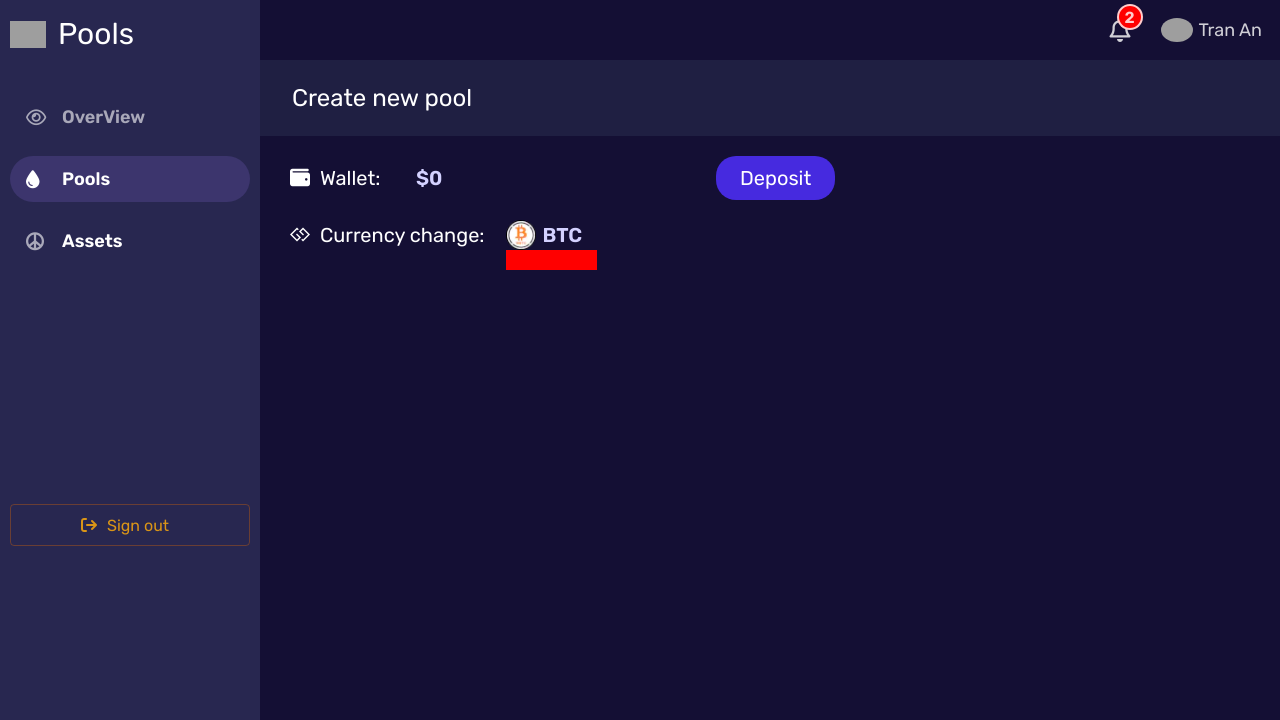
Repository: quynh232000/pools
Page: pool/create-pool.html
The author's editor kept a copy of each file at every save. The page is drawn from the files as they stood at one save, then again after the next save.
The browser window is 1280 px wide. The pictures show the whole page.
Pictures or frames that could not be fetched are drawn as grey boxes.

Above is the page before, as saved 2023-07-14 00:44:27.

### pool/create-pool.html
<!DOCTYPE html>
<html lang="en">
  <head>
    <meta charset="UTF-8" />
    <meta name="viewport" content="width=device-width, initial-scale=1.0" />
    <title>Create Pool</title>

    <link rel="stylesheet" href="../src/css/base.css" />
    <link rel="stylesheet" href="../src/css/style.css" />
    <link rel="stylesheet" href="../src/css/pool.css" />
    <link rel="stylesheet" href="../src/css/create-pool.css" />
    <link
      rel="stylesheet"
      href="https://cdnjs.cloudflare.com/ajax/libs/font-awesome/6.4.0/css/all.min.css"
      integrity="sha512-iecdLmaskl7CVkqkXNQ/ZH/XLlvWZOJyj7Yy7tcenmpD1ypASozpmT/E0iPtmFIB46ZmdtAc9eNBvH0H/ZpiBw=="
      crossorigin="anonymous"
      referrerpolicy="no-referrer"
    />
  </head>
  <body>
    <div class="container">
      <div class="sidebar">
        <div class="sidebar-logo">
          <img src="https://sef-eco.vercel.app/assets/images/logo.png" alt="" />
          <span>Pools</span>
        </div>
        <div class="sidebar-items">
          <div class="sidebar-list">
            <div class="sidebar-item">
              <i class="fa-regular fa-eye"></i>
              <div class="sidebar-item-name">OverView</div>
            </div>
            <div class="sidebar-item sidebar-item-active">
              <i class="fa-solid fa-droplet"></i>
              <a href="/pool.html" class="sidebar-item-name">Pools</a>
            </div>
            <div class="sidebar-item">
              <i class="fa-solid fa-peace"></i>
              <a href="/index.html" class="sidebar-item-name">Assets</a>
            </div>
          </div>

          <div class="sidebar-sign-out">
            <i class="fa-solid fa-arrow-right-from-bracket"></i>
            <div class="sidebar-item-name">Sign out</div>
          </div>
        </div>
      </div>
      <div class="content">
        <div class="header">
          <div class="header-noti">
            <i class="fa-regular fa-bell"></i>
            <div class="header-noti-count">2</div>
          </div>
          <div class="header-user">
            <img
              src="https://static.vecteezy.com/system/resources/previews/002/002/257/original/beautiful-woman-avatar-character-icon-free-vector.jpg"
              alt=""
            />
            <div class="header-user-name">Tran An</div>
          </div>
        </div>
        <!-- body -->
        <div class="content-title">Create new pool</div>
        <div class="create-body">
          <div class="create-item">
            <i class="fa-solid fa-wallet"></i>
            <div class="create-item-title">Wallet:</div>
            <span>$0</span>
            <div class="create-btn">Deposit</div>
          </div>
          <div class="create-item">
            <i class="fa-brands fa-gg"></i>
            <div class="create-item-title">Currency change:</div>
            <div class="create-select-type-money">
              <div class="type-money-item">
                <img src="../src/img/btc.png" alt="" />
                <div class="type-money-name">BTC</div>
              </div>
              <div class="type-money-more">
                <div class="type-money-item">
                  <img src="../src/img/eth.png" alt="" />
                  <div class="type-money-name">ETH</div>
                </div>
                <div class="type-money-item">
                  <img src="../src/img/btc.png" alt="" />
                  <div class="type-money-name">BTC</div>
                </div>
                <div class="type-money-item">
                  <img src="../src/img/eth.png" alt="" />
                  <div class="type-money-name">ETH</div>
                </div>
              </div>
            </div>
          </div>
        </div>
      </div>
    </div>
  </body>
</html>

### src/css/base.css
@import url('https://fonts.googleapis.com/css2?family=Rubik:wght@300;400;500;600;700&display=swap');
 :root{
    --primary-color:#fff;
    --text-color:#fff;
    --text-1-color:rgb(211, 209, 255);
    --bg-color:#140f34;
    --bg-item-color:#282750;

 }
*{
    box-sizing: inherit;
}
html,body{
    box-sizing: border-box;
    margin: 0;
    padding: 0;
    font-family: 'Rubik', sans-serif;
    color: var(--text-color);
}
a{
    color: white;
    text-decoration: none;
}

### src/css/style.css
.container{
    width: 100%;
    min-height: 100vh;
    background-color: var(--bg-color);
    display: flex;
}
.sidebar{
    width: 20%;
    min-width: 260px;
    max-width: 400px;
    display: flex;
    flex-direction: column;
    min-height: 100vh;
    background-color: var(--bg-item-color);
}
.sidebar-logo{
    display: flex;
    width: 100%;
    align-items: center;
    padding: 16px 10px;
}
.sidebar-logo img{
    width: 15%;
}
.sidebar-logo span{
    font-size: 30px;
    color: var(--primary-color);
    margin-left: 12px;

}
.sidebar-items{
    padding: 26px 10px;
    display: flex;
    flex-direction: column;
    justify-content: space-between;
    min-height: 70vh;
}
.sidebar-list{

}
.sidebar-item{
    font-size: 18px;
    display: flex;
    align-items: center;
    padding: 12px 16px;
    border-radius: 40px;
    color: rgb(255 255 255/.6);
    margin-bottom: 16px;
    font-weight: 600;
    transition: color .3s;
}
.sidebar-item:hover{
    cursor: pointer;
    color: rgb(255 255 255/.8);
}
.sidebar-item-active{
    background-color:#3c356d ;
    color: var(--text-color);
}
.sidebar-item i{
    min-width: 36px;
}
.sidebar-sign-out{
    display: flex;
    align-items: center;
    color: rgb(218, 149, 23);
    text-align: center;
    border: 1px solid rgba(202, 98, 12,.4);
    justify-content: center;
    padding-right: 10px;
    border-radius: 4px;
    transition: color border .3s;
}
.sidebar-sign-out:hover{
    cursor: pointer;
    color: rgb(253, 166, 5);
    border: 1px solid rgba(202, 98, 12,.5);
}
.sidebar-sign-out i{
    margin-right: 10px;
    padding: 12px 0;
}

.content{
    width: 85%;
    min-height: 100vh;
    /* background-color: var(--bg-color); */
}
.header{
    display: flex;
    justify-content: flex-end;
    padding: 18px;
    color: rgb(255 255 255/.8);
    align-items: center;
}
.header-user{
    display: flex;
    align-items: center;
    font-size: 18px;

}
.header-user img {
    width: 32px;
    border-radius: 50%;
    margin-right: 6px;
}
.header-noti{
    display: flex;
    margin-right: 30px;
    font-size: 20px;
    position: relative;
    font-size: 24px;
}
.header-noti-count{
    width: 26px;
    height: 26px;
    position: absolute;
    top: -14px;
    left: 7px;
    border: 2px solid  rgb(255 255 255/.8);
    text-align: center;
    border-radius: 50%;
    font-size: 16px;
    display: flex;
    align-items: center;
    justify-content: center;
    background-color: var(--bg-color);
    background-color: red;
    font-weight: 600;

}
.content-title{
    background-color: #1f1f42;
    padding: 24px 32px;
    font-size: 24px;
}
.content-list{
    display: flex;
    flex-direction: column;
    align-items: center;
    padding: 0 40px;
}
.content-list-body{
    width: 100%;
    margin-top: 20px;

}
.content-nav{
    width: 100%;
    display: flex;
    justify-content: space-between;
    padding: 12px 26px;
    margin: 10px 0;
    transition: background-color .2s ;
}
.content-nav:hover{
    background-color: #2d2d44;
}
.nav-left{
    width: 50%;
    display: flex;
    align-items: center;
    justify-content: space-between;
    font-size: 22px;

}
.nav-left-info{
    display: flex;
    align-items: center;
}
.nav-left-info img{
    width: 32px;
    margin-right: 8px;
}
.nav-left-name{
    font-size: 22px;
}
.nav-left-balance{
    display: flex;
    flex-direction: column;
    align-items: center;
    flex: 1;
}
.nav-left-balance span:nth-child(2){
    font-size: 20px;
    color: #a8a8a8;
}


.nav-right{
    width: 40%;
    display: flex;
    justify-content: space-between;
    align-items: center;
    color: #b3b1fd;
}
.nav-right span{
    transition: color .3s;
}
.nav-right span i{
    font-size: 16px !important;
    margin-left: 4px;
}
.nav-right span:hover{
    color:#f8c2b0;
    cursor: pointer;
}
.nav-text{
    color: #b3b1fd;
    font-size: 20px;
}
.nav-right .nav-tex:hover{
    color: #b3b1fd !important;
    cursor: no-drop;
}

### src/css/pool.css
.p-content-body{
    width: 100%;
    display: flex;
    flex-wrap: wrap;
    padding: 20px 10px;
}
.content-item-wrapper{
    width: 33.333%;
    padding: 10px ;
}
.p-content-item{
    border-radius: 6px;
    background-color: var(--bg-item-color);
    padding: 14px;
    transition: background-color .3s ease;
}
.p-content-item:hover{
    background-color: #2e2e60;
}
.p-content-item-top{
    display: flex;
    align-items:flex-start;

}
.p-content-item-img{
    margin-right: 6px;
}
.p-content-item-top-info{
    display: flex;
    flex-direction: column;
}
.p-content-item-top-info span{
    padding-top: 4px;
}
.p-content-item-top-info p{
    margin: 4px 0 10px 0;
    color: #a7a3a3;
}
.p-content-item-bottom{
    display: flex;
}
.p-item-type{
    margin-right: 10px;
    padding: 0 8px;
    text-align: center;
}
.p-item-type:first-child{
    border-right: 1px solid gray;
    padding-right: 16px;
}
.p-item-type span{
    font-size: 14px;
    color: #a7a3a3;
    /* font-weight: 600; */
}
.p-item-type p{
    margin: 0;
}
.add-pool{
    display: flex;
    flex-direction: column;
    align-items: center;
    font-size: 20px;
    min-height: 122px;
    justify-content: center;
}
.add-pool i{
    font-size: 26px;
    margin-bottom: 6px;
}

### src/css/create-pool.css
.create-body{
    width: 100%;
    display: flex;
    flex-direction: column;
    padding: 20px 30px;
}
.create-item{
    display: flex;
    font-size: 20px;
    align-items: center;
    margin-bottom: 20px;
}
.create-item-title{
    margin: 0 16px 0 10px;
    min-width: 80px;

}
.create-item span{
    color: var(--text-1-color);
    min-width: 300px;
    font-weight: 600;
}
.create-btn{
    background-color: rgb(70, 42, 223);
    padding: 10px 24px;
    border-radius: 20px;
    display: flex;
    justify-content: center;
    align-items: center;
    transition: background-color .3s ease;
}
.create-btn:hover{
    background-color: #6a67ea;
    cursor: pointer;
}
.create-select-type-money{
    position: relative;
    margin-left: 6px;
}
.create-select-type-money::before{
    position: absolute;
    content: "";
    top: 100%;
    width: 120%;
    height: 20px;
    background-color: red;
}
.create-select-type-money:hover .type-money-more{
    display: block;
}
.type-money-item{
    display: flex;
    align-items: center;
}
.type-money-item img{
    width: 30px;
    height: 30px;
    object-fit: cover;
    margin-right: 6px;
}
.type-money-name{
    color: var(--text-1-color);
    font-weight: 600;
}
.type-money-more{
    display: none;
    position: absolute;
    background-color: var(--bg-item-color);
    border-radius: 6px;
    top: 150%;
    left: -14px;
}
.type-money-more .type-money-item{
    /* margin: 8px; */
    border-radius: 6px;
    padding: 10px 26px;
    transition: background-color .3s ease;
}
.type-money-more .type-money-item:hover{
    background-color: rgb(162, 158, 240);
    cursor: pointer;
}

After the next save:
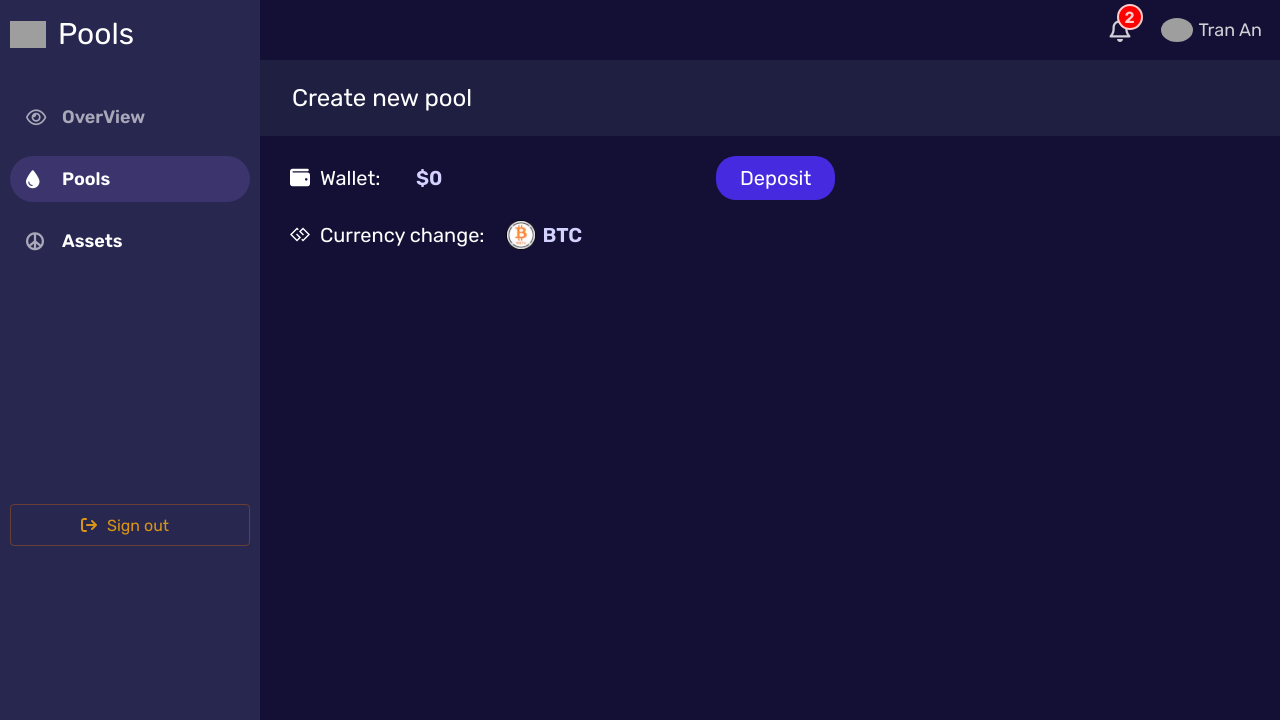
Saved 7 s later.
--- a/src/css/create-pool.css
+++ b/src/css/create-pool.css
@@ -41,9 +41,7 @@
     position: absolute;
     content: "";
     top: 100%;
-    width: 120%;
     height: 20px;
-    background-color: red;
 }
 .create-select-type-money:hover .type-money-more{
     display: block;

After the 2 saves that followed:
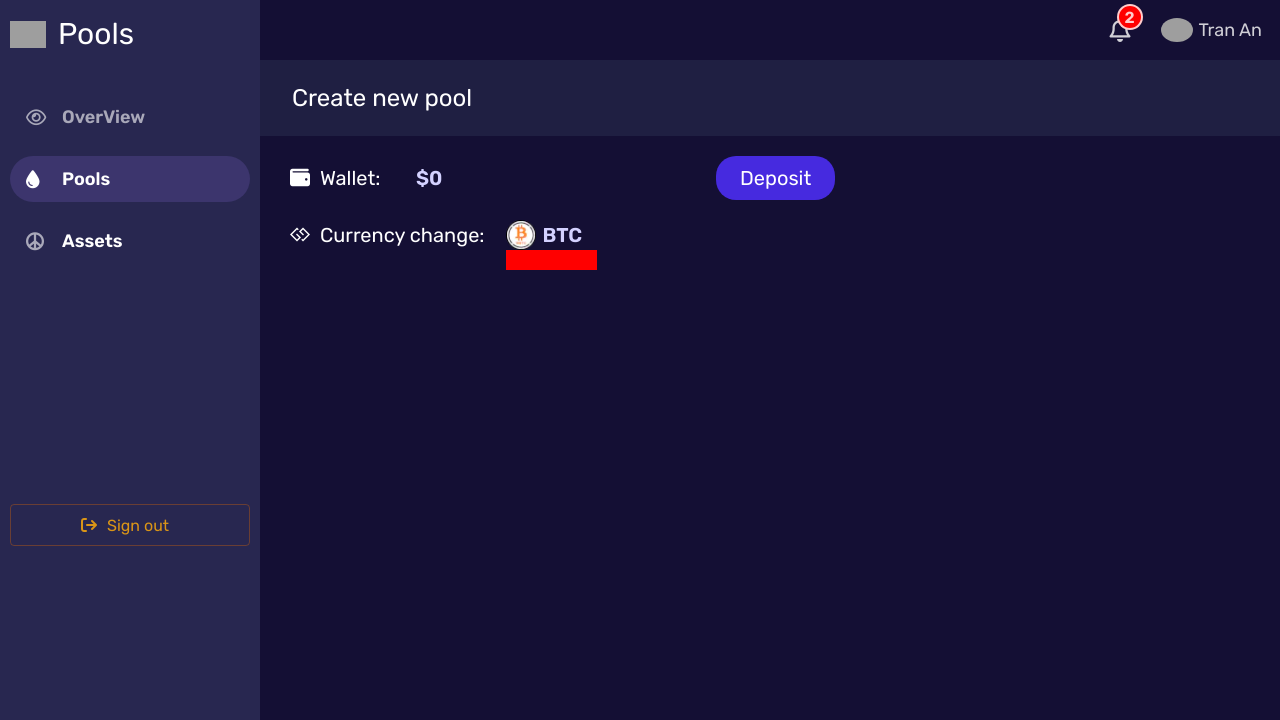
The 2 saves are shown as one change because 1 left the picture as it was.
The last was saved 24 s later.
--- a/src/css/create-pool.css
+++ b/src/css/create-pool.css
@@ -41,7 +41,9 @@
     position: absolute;
     content: "";
     top: 100%;
+    width: 120%;
     height: 20px;
+    background-color: red;
 }
 .create-select-type-money:hover .type-money-more{
     display: block;
